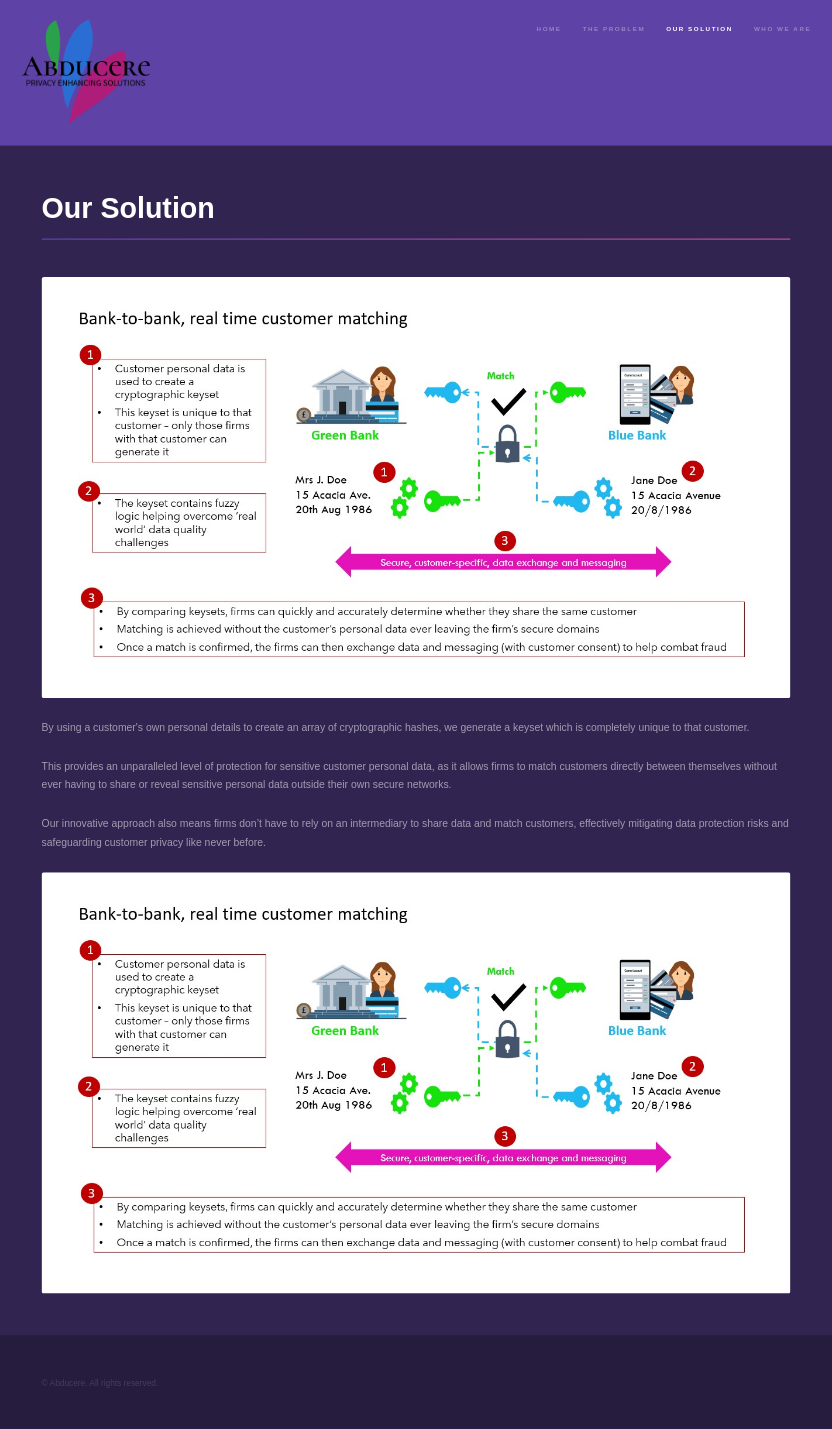
Repository: nocnoc94/nocnoc94.github.io
Page: our-solution.html
The author's editor kept a copy of each file at every save. The page is drawn from the files as they stood at one save, then again after the next save.
The browser window is 1280 px wide. The pictures show the whole page, at 65% of full size.

Above is the page before, as saved 2024-03-21 16:21:34.

### our-solution.html
<!DOCTYPE HTML>
<html>

<head>
	<title>Abducere - Our Solution</title>
	<meta charset="utf-8" />
	<meta name="viewport" content="width=device-width, initial-scale=1, user-scalable=no" />
	<link rel="icon" href="/static/images/favicon.ico" type="image/x-icon">
	<link rel="stylesheet" href="/static/css/main.css" />
	<noscript>
		<link rel="stylesheet" href="/static/css/noscript.css" />
	</noscript>
</head>

<body class="is-preload">

	<!-- Header -->
	<header id="header">
		<!-- <a href="index.html" class="title">Abducere</a> -->
		<a id="headerLogo" class="image" href="index.html"><img src="/static/images/abducere-logo-1.png" alt=""
				data-position="left left" /></a>
		<nav>
			<ul>
				<li><a href="index.html">Home</a></li>
				<li><a href="the-problem.html">The Problem</a></li>
				<li><a href="our-solution.html" class="active">Our Solution</a></li>
				<li><a href="who-we-are.html">Who We Are</a></li>
			</ul>
		</nav>
	</header>

	<!-- Wrapper -->
	<div id="wrapper">

		<!-- Main -->
		<section id="main" class="wrapper">
			<div class="inner">
				<h1 class="major">Our Solution</h1>
				<!-- <span class="image fit"><img src="/static/images/Match.drawio.png" alt="" /></span> -->
				<span class="image fit"><img src="/static/images/how-it-works-1.jpg" alt="" /></span>
				<p>By using a customer's own personal details to create an array of cryptographic hashes, we generate a
					keyset which is completely unique to that customer.
				</p>
				<p>This provides an unparalleled level of protection for sensitive customer personal data, as it allows
					firms to match customers directly between themselves without ever having to share or reveal
					sensitive personal data outside their own secure networks.
				</p>
				<p>Our innovative approach also means firms don’t have to rely on an intermediary to share data and
					match customers, effectively mitigating data protection risks and safeguarding customer privacy like
					never before.
				</p>
				<span class="image fit"><img src="/static/images/how-it-works-1.jpg" alt="" /></span>
			</div>
		</section>

	</div>

	<!-- Footer -->
	<footer id="footer" class="wrapper alt">
		<div class="inner">
			<ul class="menu">
				<li>&copy; Abducere. All rights reserved.</li>
			</ul>
		</div>
	</footer>

	<!-- Scripts -->
	<script src="/static/js/jquery.min.js"></script>
	<script src="/static/js/jquery.scrollex.min.js"></script>
	<script src="/static/js/jquery.scrolly.min.js"></script>
	<script src="/static/js/browser.min.js"></script>
	<script src="/static/js/breakpoints.min.js"></script>
	<script src="/static/js/util.js"></script>
	<script src="/static/js/main.js"></script>

</body>

</html>

Loaded but not shown: static/js/jquery.min.js (library); static/js/jquery.scrollex.min.js (common file); static/css/fontawesome-all.min.css (library); static/js/jquery.scrolly.min.js (common file); static/js/browser.min.js (common file); static/js/breakpoints.min.js (common file); static/js/util.js (587 lines, source omitted); static/js/main.js (190 lines, source omitted); static/css/main.css (4012 lines, source omitted)

After the next save:
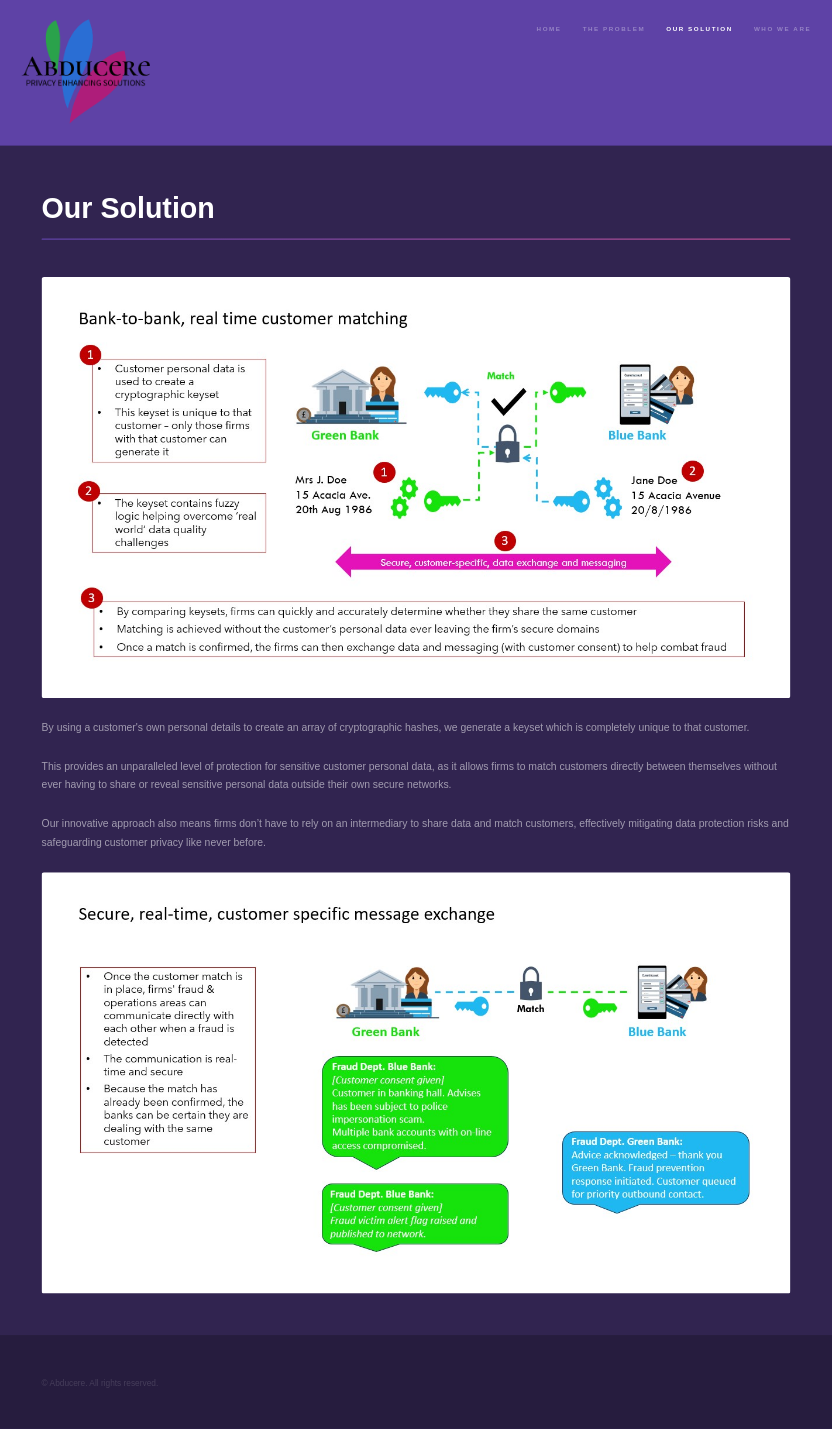
Saved 16 s later.
--- a/our-solution.html
+++ b/our-solution.html
@@ -49,7 +49,7 @@
 					match customers, effectively mitigating data protection risks and safeguarding customer privacy like
 					never before.
 				</p>
-				<span class="image fit"><img src="/static/images/how-it-works-1.jpg" alt="" /></span>
+				<span class="image fit"><img src="/static/images/how-it-works-2.jpg" alt="" /></span>
 			</div>
 		</section>
 
